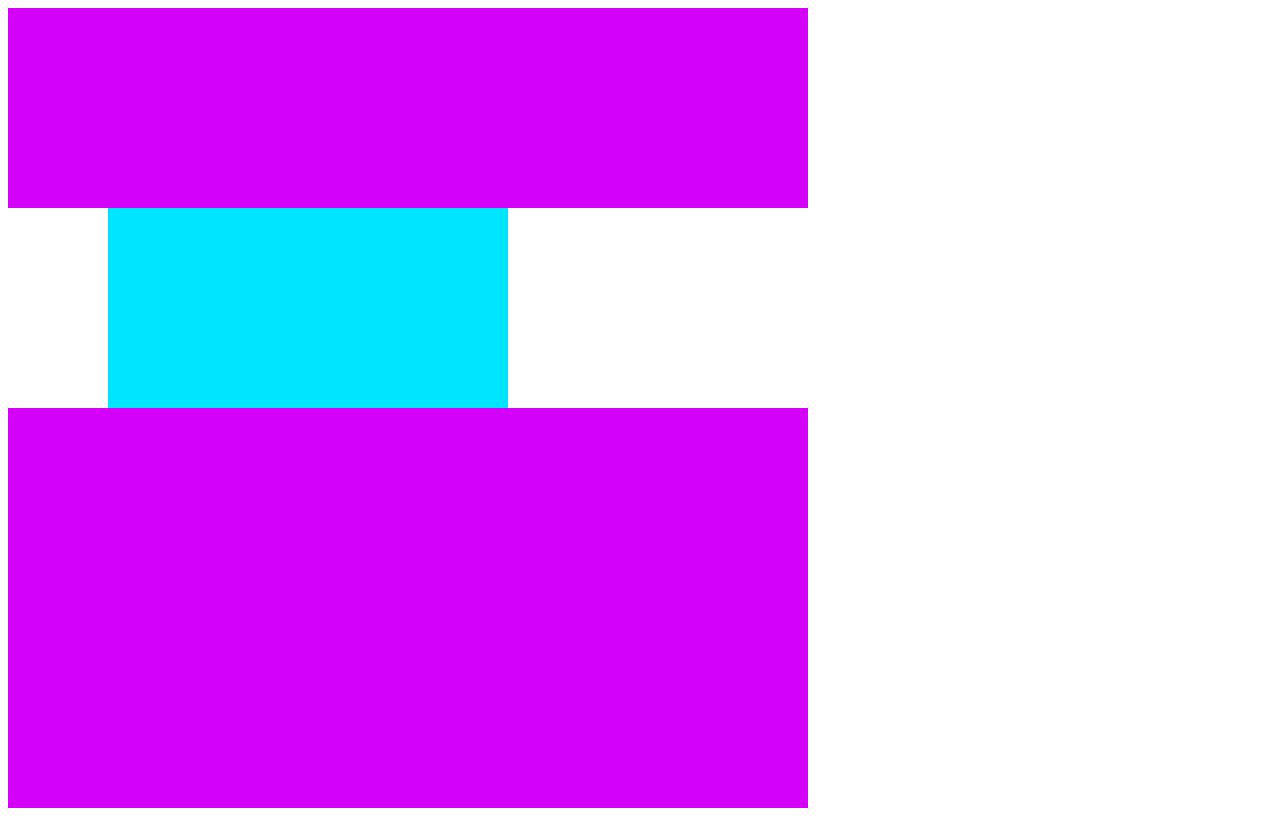
Repository: LavriaNeptune/css-basic
Page: position/z-index.html
These files come from the project's save history. The page is drawn as it stood at one moment and after a run of saves; the edit follows.
The browser window is 1280 px wide. The pictures show the whole page.

Above is the page before, as saved 2022-08-19 20:36:32.

### position/z-index.html
<!DOCTYPE html>
<html>
  <body>
    <style>
      #one {
        width: 800px;
        height: 200px;
        background-color: #d500f9;
      }
      #two {
        width: 400px;
        height: 200px;
        background-color: #00e5ff;
        position: relative;
        left: 100px;

        z-index: 100;
        /* 嵌套情况下不生效 */
      }
      #three {
        width: 400px;
        height: 200px;
        background-color: #c6ff00;
        position: relative;
        left: 100px;
      }
      #four {
        width: 200px;
        height: 200px;
        background-color: #ff3d00;
        position: relative;
        left: 200px;
      }
    </style>
  </body>
  <body>
    <div id="one"></div>
    <div id="two"></div>
    <div id="one"></div>
    <div id="one"></div>
  </body>
</html>

After the next 2 saves:
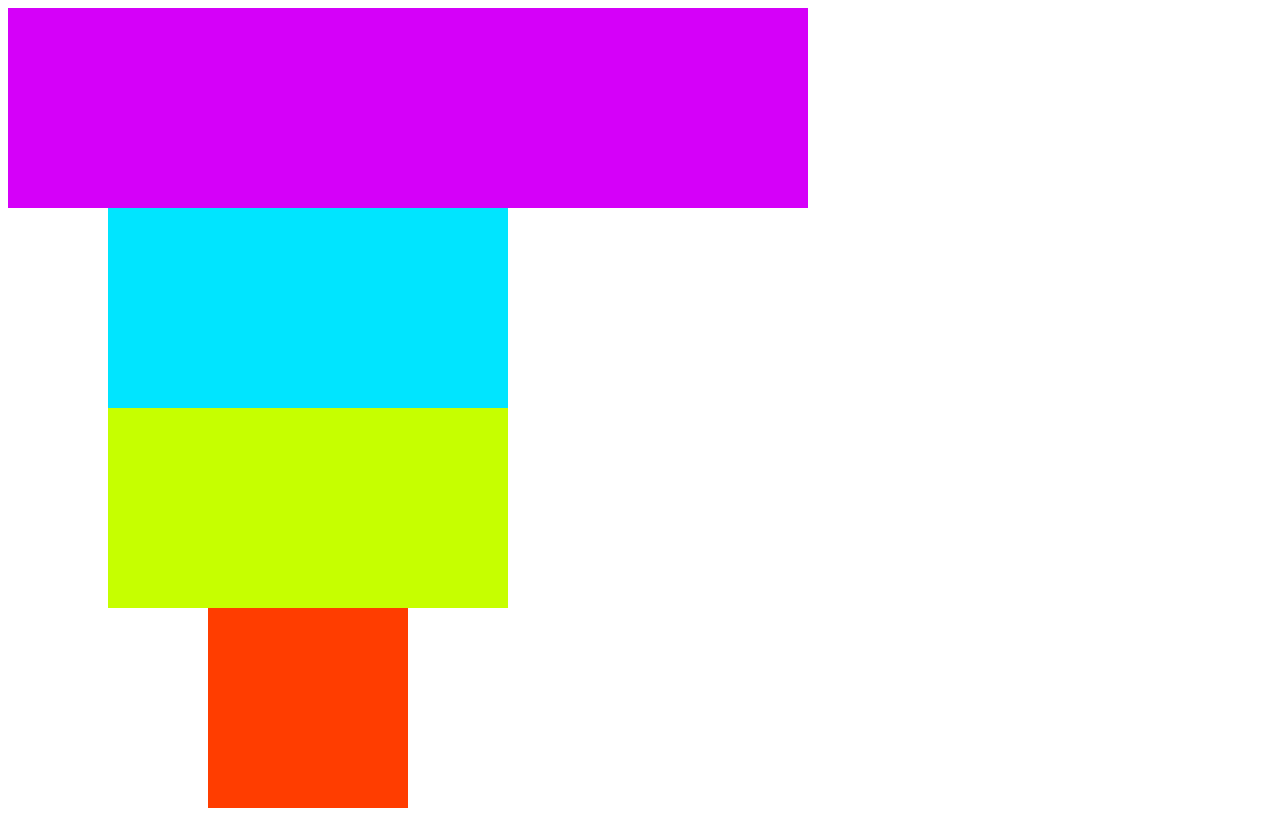
The 2 saves are shown as one change because they came seconds apart.
The last was saved 7 s later.
--- a/position/z-index.html
+++ b/position/z-index.html
@@ -36,7 +36,7 @@
   <body>
     <div id="one"></div>
     <div id="two"></div>
-    <div id="one"></div>
-    <div id="one"></div>
+    <div id="three"></div>
+    <div id="four"></div>
   </body>
 </html>
